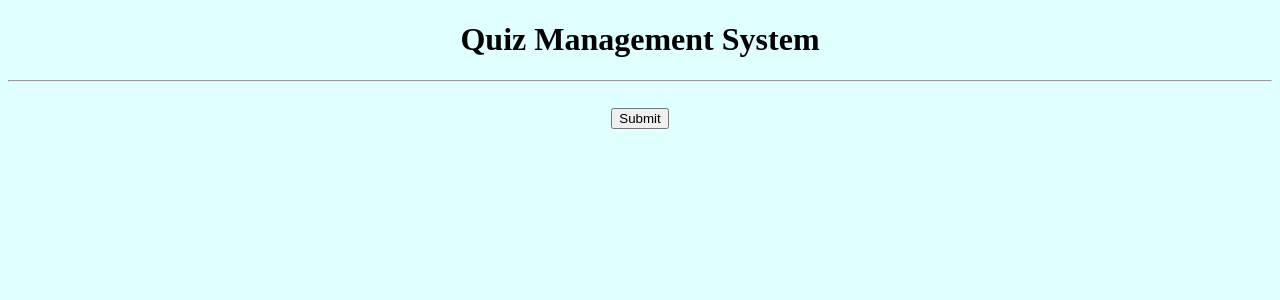
Repository: Rohitsenpai01/Quiz-Manangement-System
Page: http://localhost/WebQuizApp/questionlist.jsp
The author's editor kept a copy of each file at every save. The page is drawn from the files as they stood at one save, then again after the next save.
The browser window is 1280 px wide. The pictures show the whole page.
The page is served by Tomcat 9. Queries for data that is not in the repository find no rows.

Above is the page before, as saved 2025-12-31 14:05:44.

After the next save:
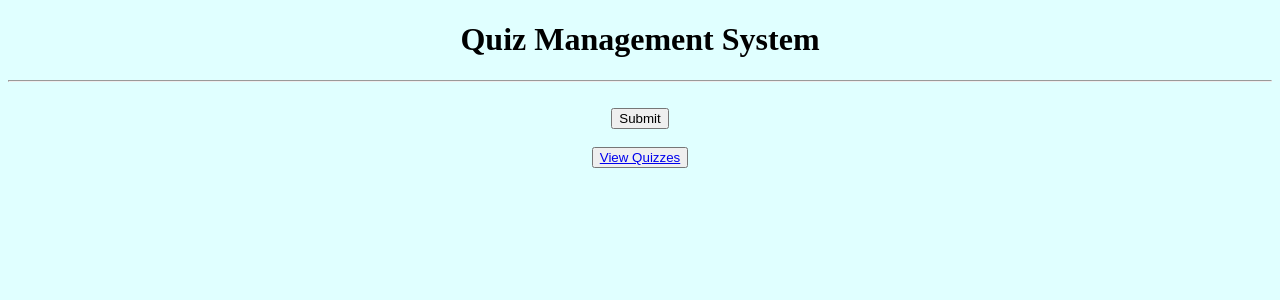
Saved 8 s later.
--- a/WebQuizApp/WebQuizApp/src/main/webapp/questionlist.jsp
+++ b/WebQuizApp/WebQuizApp/src/main/webapp/questionlist.jsp
@@ -22,6 +22,7 @@
 			</c:forEach>
 			<input type="submit" value="Submit"><br><br>
 		</form>
+		<button><a href="quizlist.jsp">View Quizzes</a></button><br><br>
 	</div>
 </body>
 </html>
